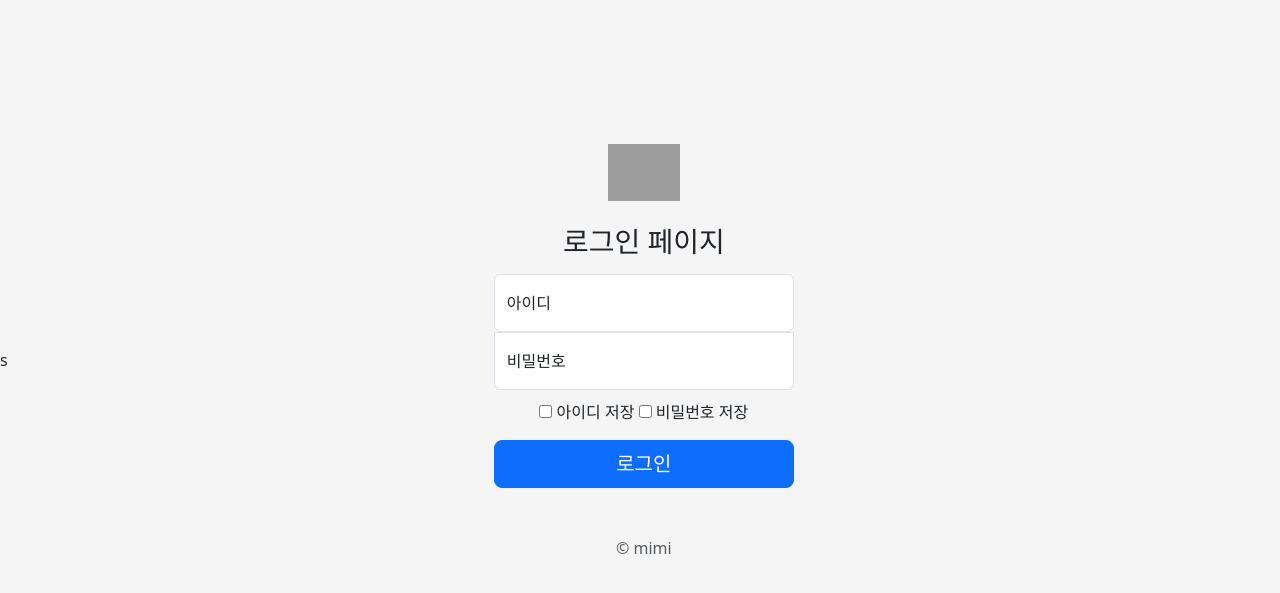
Repository: cheez0909/JSP
Page: http://localhost/1103/session/ServletEX/loginForm.jsp
These files come from the project's save history. The page is drawn as it stood at one moment and after the next save; the edit follows.
The browser window is 1280 px wide. The pictures show the whole page.
Pictures or frames that could not be fetched are drawn as grey boxes. The page is served by Tomcat 9.

Above is the page before, as saved 2023-11-09 00:55:58.

After the next save:
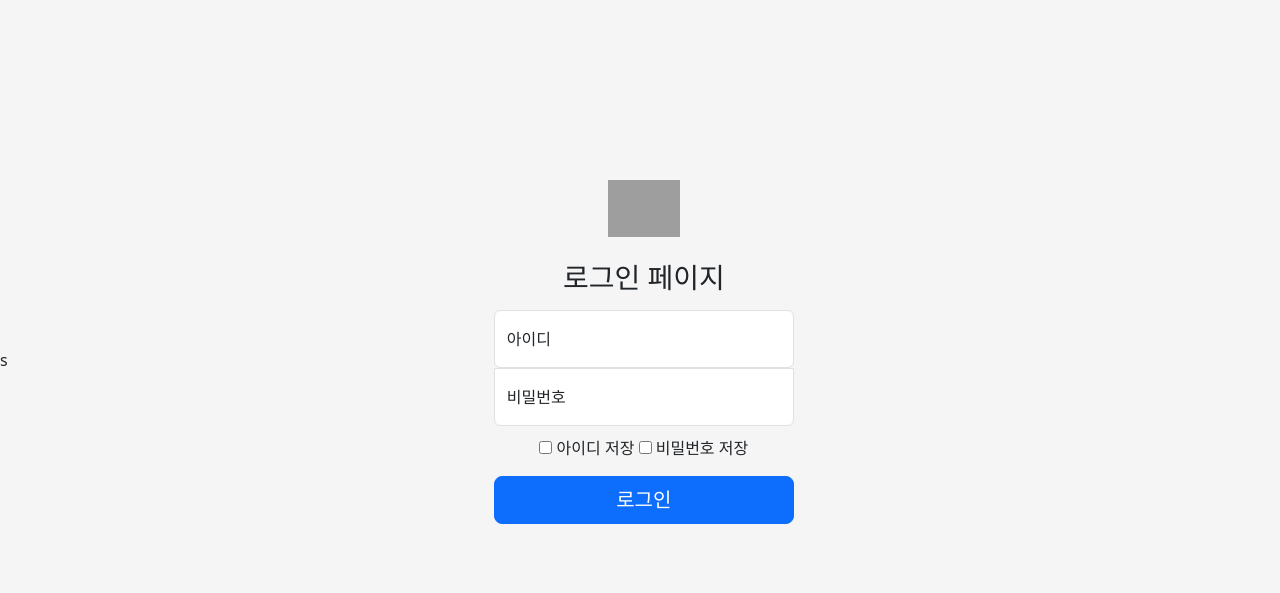
Saved 31 s later.
--- a/1103/src/main/webapp/session/ServletEX/loginForm.jsp
+++ b/1103/src/main/webapp/session/ServletEX/loginForm.jsp
@@ -85,7 +85,7 @@
             </label>
          </div>
          <button class="w-100 btn btn-lg btn-primary" type="submit">로그인</button>
-         <p class="mt-5 mb-3 text-muted">&copy; mimi</p>
+
       </form>
    </main>
 <script src="https://cdn.jsdelivr.net/npm/bootstrap@5.3.1/dist/js/bootstrap.bundle.min.js" integrity="sha384-HwwvtgBNo3bZJJLYd8oVXjrBZt8cqVSpeBNS5n7C8IVInixGAoxmnlMuBnhbgrkm" crossorigin="anonymous"></script>

After the save that followed:
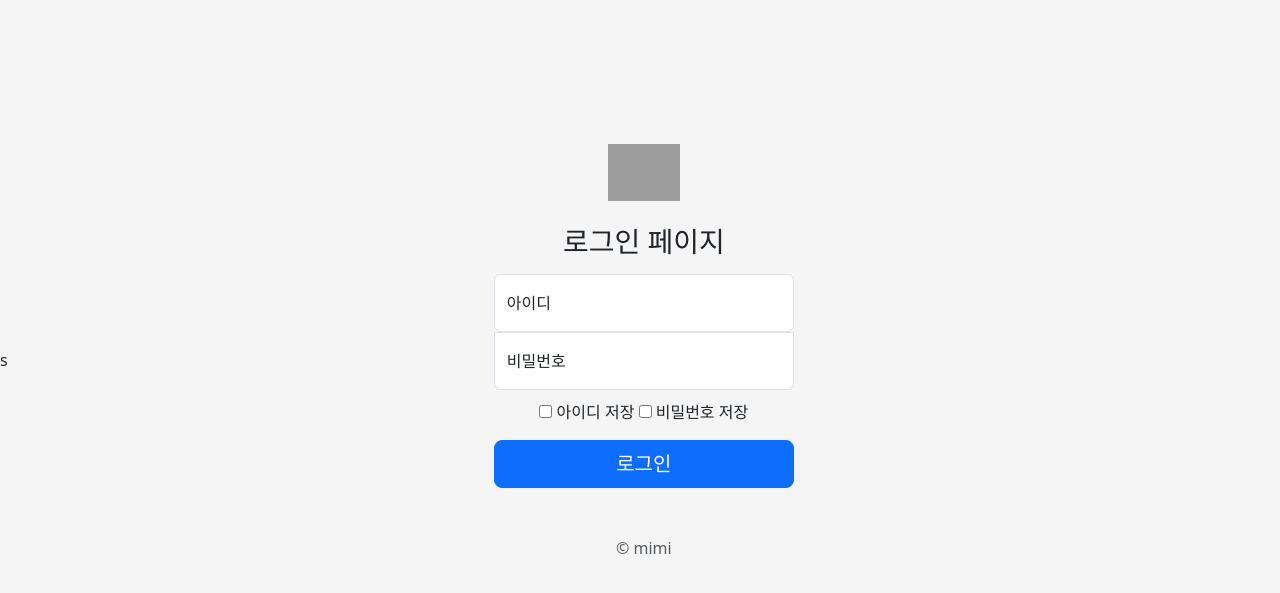
Saved 4 s later.
--- a/1103/src/main/webapp/session/ServletEX/loginForm.jsp
+++ b/1103/src/main/webapp/session/ServletEX/loginForm.jsp
@@ -85,7 +85,7 @@
             </label>
          </div>
          <button class="w-100 btn btn-lg btn-primary" type="submit">로그인</button>
-
+         <p class="mt-5 mb-3 text-muted">&copy; mimi</p>
       </form>
    </main>
 <script src="https://cdn.jsdelivr.net/npm/bootstrap@5.3.1/dist/js/bootstrap.bundle.min.js" integrity="sha384-HwwvtgBNo3bZJJLYd8oVXjrBZt8cqVSpeBNS5n7C8IVInixGAoxmnlMuBnhbgrkm" crossorigin="anonymous"></script>
